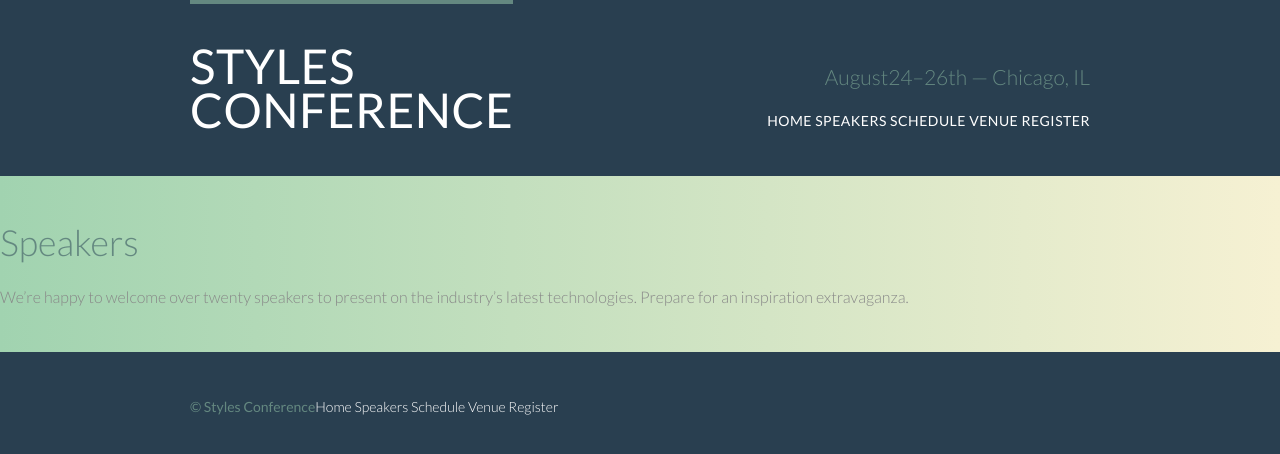
Repository: igorkovski/styles-conference
Page: speakers.html
The author's editor kept a record of every edit. The page is drawn from the files as they stood at one moment, then again after the next edit.
The browser window is 1280 px wide. The pictures show the whole page.

Above is the page before.

After the next edit:
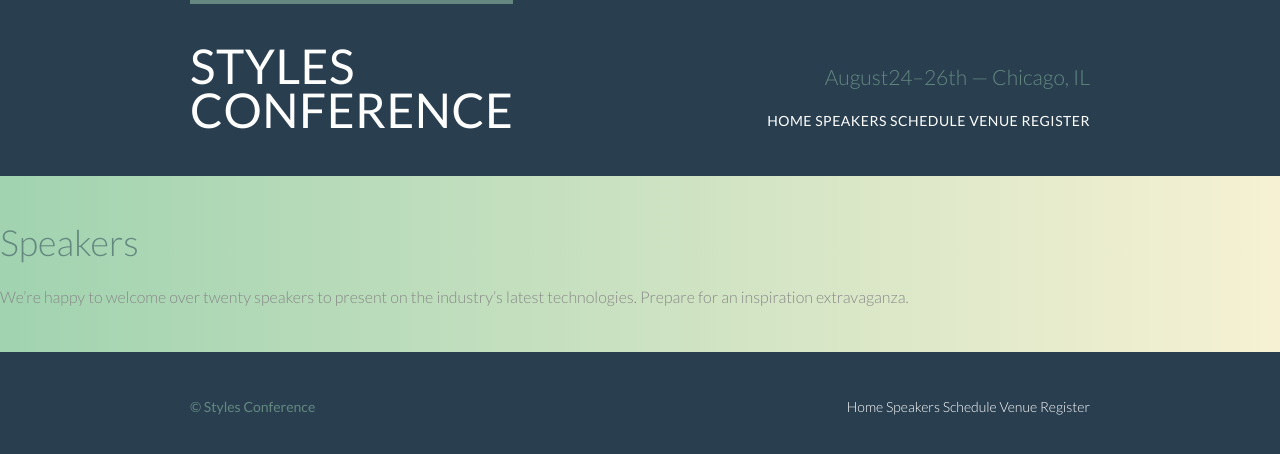
The edit:
--- a/speakers.html
+++ b/speakers.html
@@ -45,18 +45,17 @@
 
 		<!--Footer -->
 
-		<footer class="primary-footer container group">
+	<footer class="primary-footer container group">
 
-			<small>&copy; Styles Conference</small>
+	  <small>&copy; Styles Conference</small>
+	    <nav class="nav">
+	      <a href="index.html">Home</a>
+	      <a href="speakers.html">Speakers</a>
+	      <a href="schedule.html">Schedule</a>
+	      <a href="venue.html">Venue</a>
+	      <a href="register.html">Register</a>
+	    </nav>
 
-			<nav>
-				<a href="index.html">Home</a>
-				<a href="speakers.html">Speakers</a>
-				<a href="schedule.html">Schedule</a>
-				<a href="venue.html">Venue</a>
-				<a href="register.html">Register</a>
-			</nav>
-
-		</footer>
+	</footer>
 	</body>
 </html>
